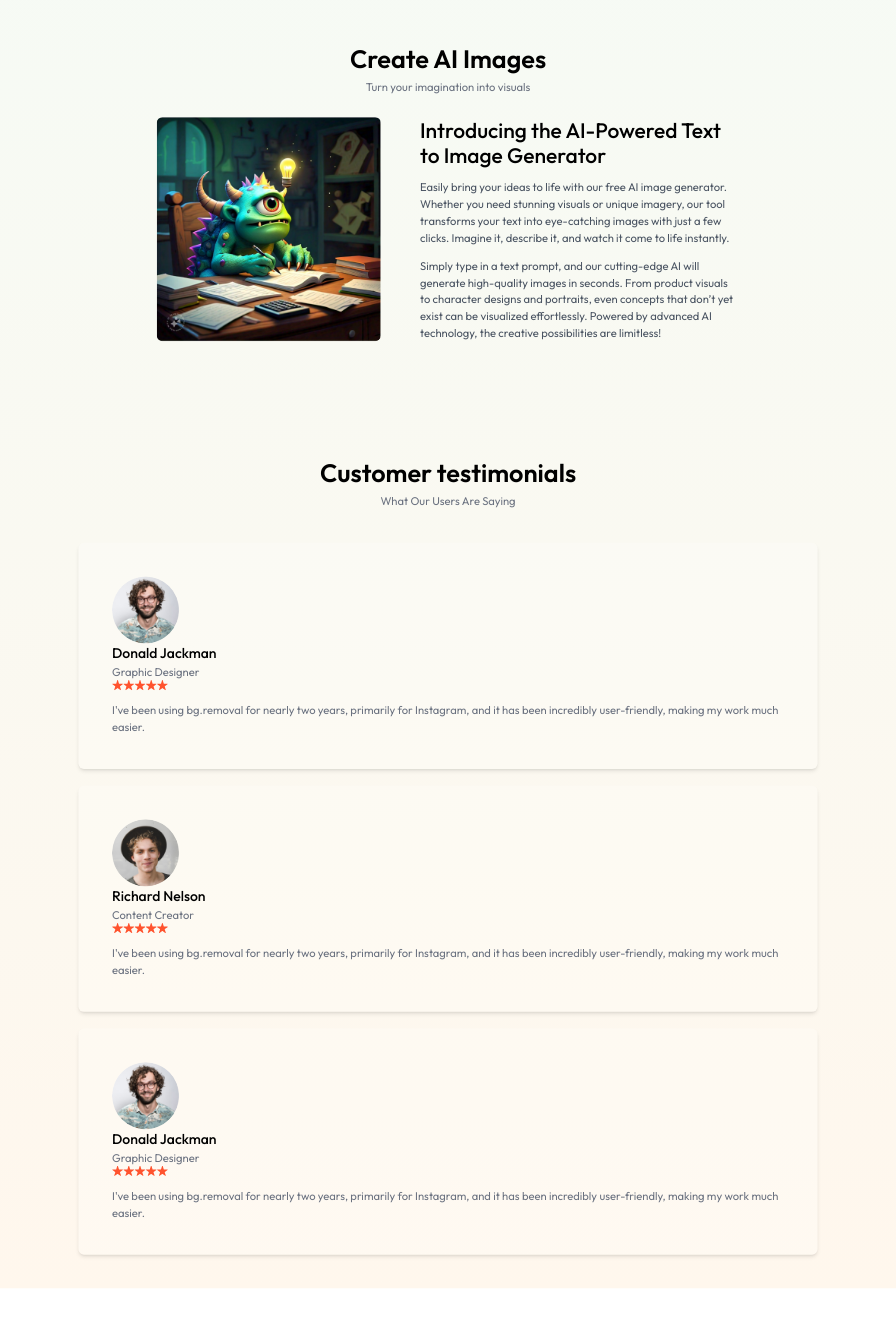
Repository: Abrammse/Abraify
Page: /
These files come from the project's save history. The page is drawn as it stood at one moment and after the next save; the edit follows.
The browser window is 1280 px wide. The pictures show the part of the page from y = 1359 to 3279 px (the page is 3279 px tall before and 2657 px after), at 70% of full size.
The project was rebuilt for these pictures with package versions that can differ from the ones it lists, and the page was loaded fresh each time. Also part of the build but not shown: vite.config.js, src/pages/Buycredit.jsx.

Above is the page before, as saved 2024-11-25 12:08:25.

After the next save:
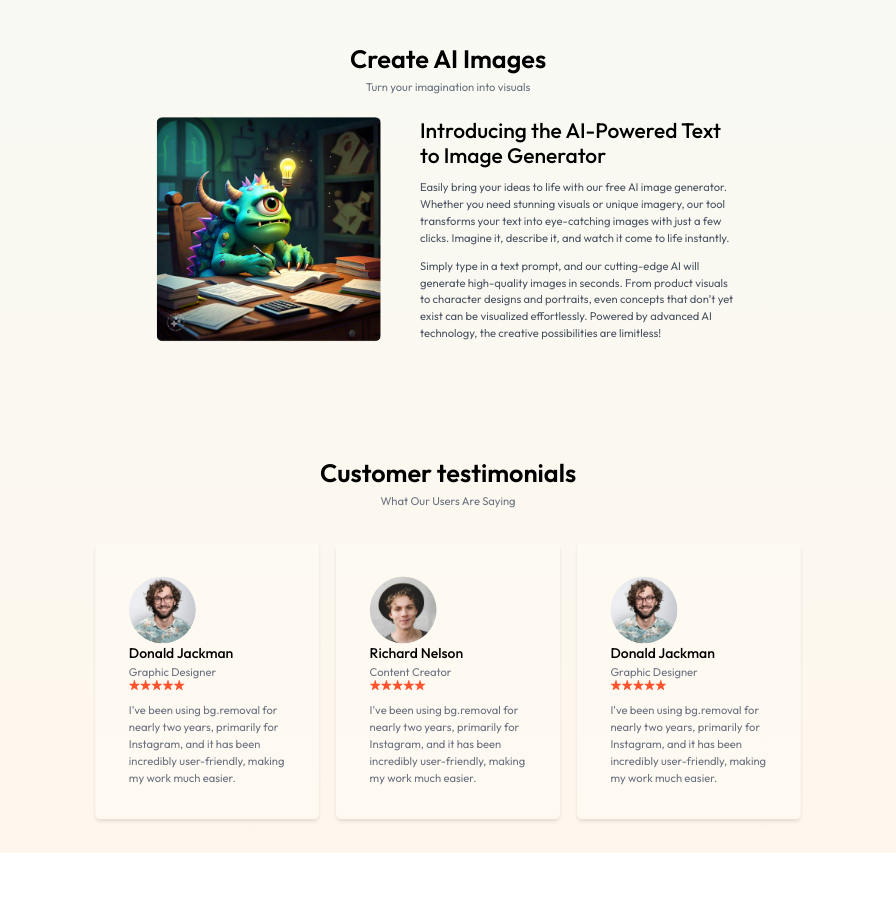
Saved 6 s later.
--- a/src/components/testimonials.jsx
+++ b/src/components/testimonials.jsx
@@ -9,7 +9,7 @@ const Testimonials = () => {
 
             <div className='flex flex-wrap gap-6 '>
         {testimonialsData.map((item,index)=>(
-            <div  key={index}  className='bg-white/20 p-12 rounded-lg shadow-md order w- ' >
+            <div  key={index}  className='bg-white/20 p-12 rounded-lg shadow-md order w-80 m-auto  ' >
                 <img src={item.image} alt="" className='rounded-full w-24 ' />
             <div>
                 <h2 className='text-xl  font-medium' > {item.name}</h2>
